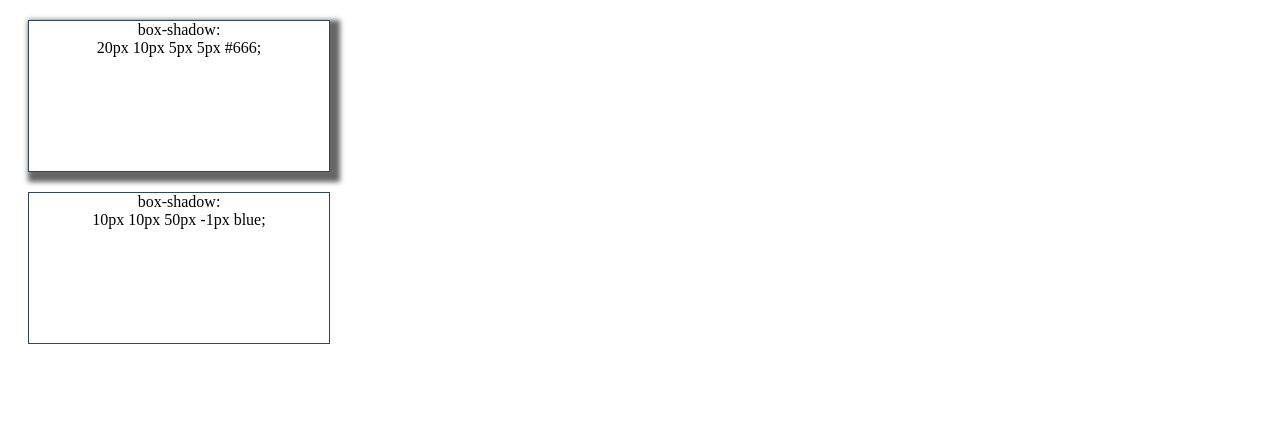
Repository: SeungjaeYu/webstudy
Page: webstudy/06_css/08_shadow/02_box-shadow.htm
The author's editor kept a copy of each file at every save. The page is drawn from the files as they stood at one save, then again after the next save.
The browser window is 1280 px wide. The pictures show the whole page.

Above is the page before, as saved 2019-08-28 14:46:34.

### webstudy/06_css/08_shadow/02_box-shadow.htm
<!DOCTYPE html>
<!--
   박스 그림자
   - box-shadow : 수평거리 | 수직거리 | blur | 확장거리 | 색상 | inset
      1. 수평거리(필수)
          그림자가 수평으로 얼마나 떨어져 있는지 지정,
          양수값은 요소의 오른쪽에 음수값은 요소의 왼쪽에 그림자 표시
      2. 수직거리(필수)
          그림자가 수직으로 얼마나 떨어져 있는지 지정,
          양수값은 요소의 위쪽에 음수값은 요소의 아래쪽에 그림자 표시
      3. blur
          그림자의 흐림정도, 생략시 0을 기본값으로 진한 그림자, 음수 불가능,
          값이 커지면 흐려짐
      4. 확장거리
          그림자의 번짐정도, 양수값을 사용하면 모든 방향으로 그림자가 퍼짐으로 박스보다 그림자가 크게 보임,
          음수값은 모든 방향으로 그림자 축소
      5. 색상(그림자 색상)
         inset : 키워드 사용시 박스 안쪽에 그림자 표시,
          사용하지 않으면 박스 바깥쪽에 그림자 표시
 -->
<html>
<head>
<title> box-shadow </title>
<meta charset="utf-8" />
<style>
    div {
        border: 1px solid #345;
        width: 300px; height: 150px;
        margin: 20px;
        text-align: center;
    }

    .shadow1 {
        box-shadow: 20px 10px 5px 5px #666;
        box-shadow: 5px 5px 5px 5px #666;
    }
    .shadow2 {
        box-shadow: 10px 10px 50px -1px #blue;
    }


</style>
</head>
<body>
    <div class="shadow1">box-shadow:<br />20px 10px 5px 5px #666;</div>
    <div class="shadow2">box-shadow:<br />10px 10px 50px -1px blue;</div>
</body>
</html>

After the next save:
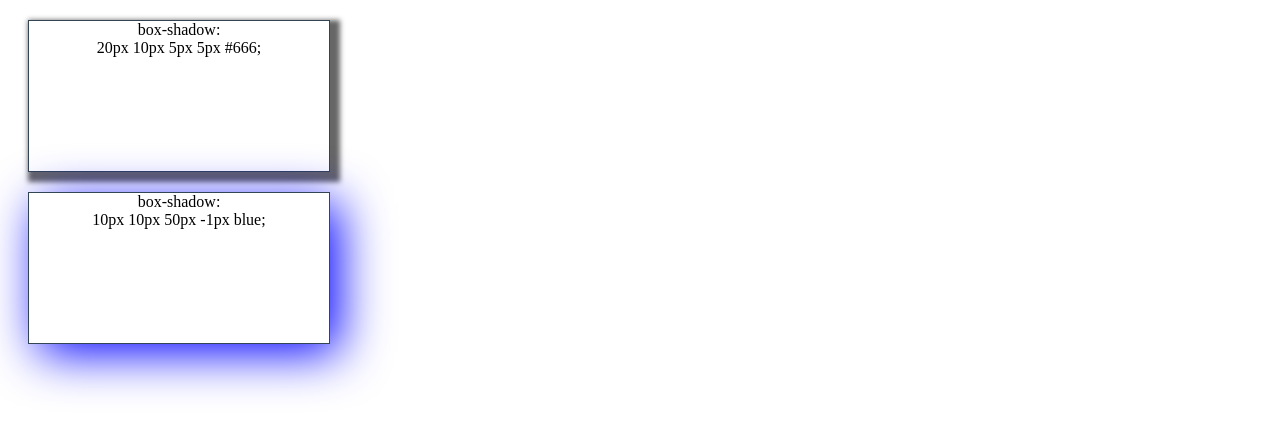
Saved 5 s later.
--- a/webstudy/06_css/08_shadow/02_box-shadow.htm
+++ b/webstudy/06_css/08_shadow/02_box-shadow.htm
@@ -35,7 +35,7 @@
         box-shadow: 5px 5px 5px 5px #666;
     }
     .shadow2 {
-        box-shadow: 10px 10px 50px -1px #blue;
+        box-shadow: 10px 10px 50px -1px blue;
     }
 
 
